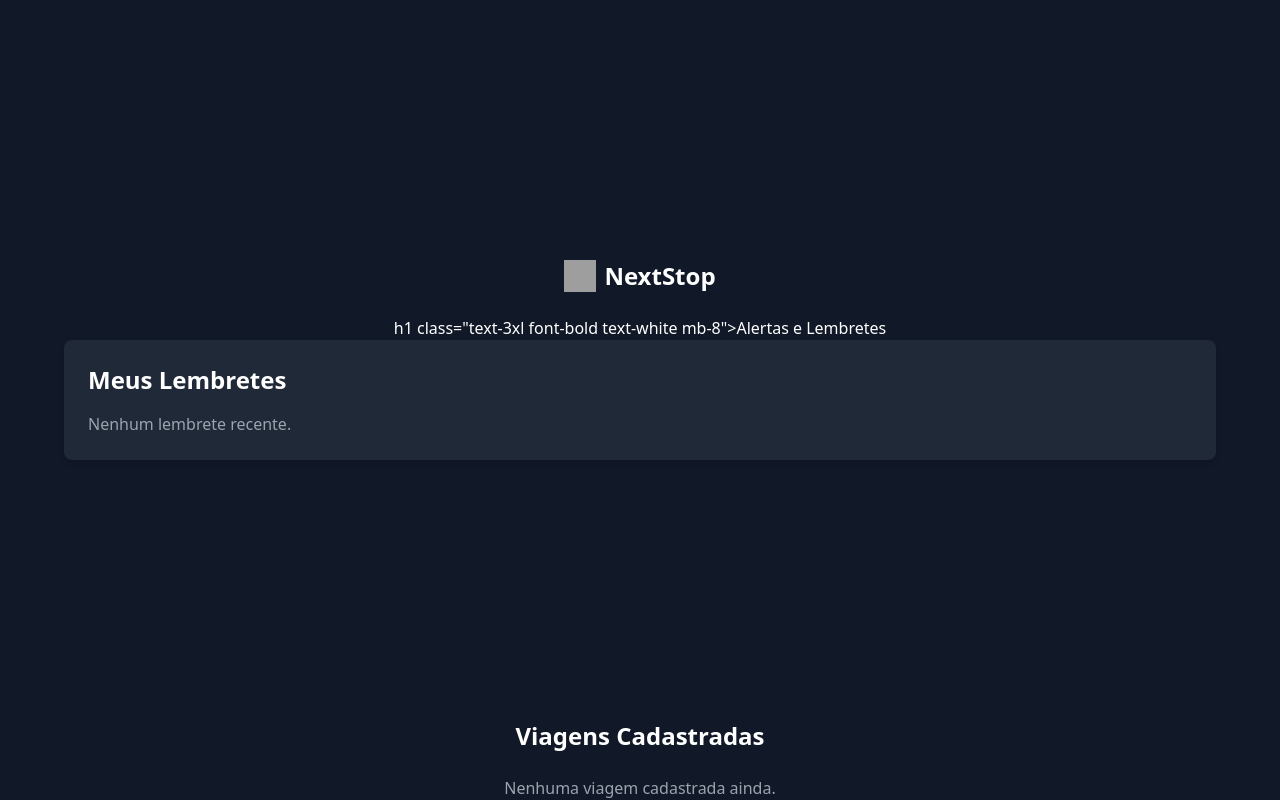
Repository: PedroFerraz87/NextStop
Page: Interface/templates/Interface/gerenciar.html
The author's editor kept a copy of each file at every save. The page is drawn from the files as they stood at one save, then again after the next save.
The browser window is 1280 px wide. The pictures show the whole page.
Pictures or frames that could not be fetched are drawn as grey boxes. Some web libraries are served in a nearby version. The template is drawn by Django 5.2. The application's start-up code is not run. Other server files are loaded and not shown. The template is opened directly, without the code that normally fills it, so the values that code supplies are empty.

Above is the page before, as saved 2025-04-27 17:46:06.

### Interface/templates/Interface/gerenciar.html
<!DOCTYPE html>
<html lang="pt-BR">
<head>
  <meta charset="UTF-8">
  <meta name="viewport" content="width=device-width, initial-scale=1.0">
  <title>Viagens Cadastradas - NextStop</title>
  <script src="https://cdn.tailwindcss.com"></script>
</head>
<body class="bg-gray-900 text-white">

  <div id="mensagem" class="fixed top-4 left-1/2 transform -translate-x-1/2 bg-green-600 text-white px-4 py-2 rounded-lg shadow-lg z-50 opacity-0 transition-opacity duration-300"></div>

  <section class="flex flex-col items-center justify-center min-h-screen px-6 py-8">

    <a href="{% url 'home' %}" class="flex items-center mb-6 text-2xl font-semibold text-white">
      <img class="w-8 h-8 mr-2" src="https://media.istockphoto.com/id/1414160809/pt/vetorial/airplane-icon-plane-flight-pictogram-transport-symbol-travel.jpg?s=612x612&w=0&k=20&c=YFAp5pnsR_fHynqYZ8d7nWjLDUtps7vaITIfYJBkmKY=" alt="logo" />
      NextStop
    </a>
h1 class="text-3xl font-bold text-white mb-8">Alertas e Lembretes</h1>

    <div class="w-full max-w-6xl bg-gray-800 rounded-lg shadow-md p-6">
      <h2 class="text-2xl font-bold text-white mb-4">Meus Lembretes</h2>
      <ul class="list-none space-y-4">
        {% for lembrete in lembretes %}
          <li class="bg-gray-700 p-4 rounded-lg shadow-md">
            <h3 class="text-xl font-semibold text-white">{{ lembrete.titulo }}</h3>
            <p class="text-gray-300"><span class="font-bold">Data:</span> {{ lembrete.data }}</p>
            <p class="text-gray-300"><span class="font-bold">Descrição:</span> {{ lembrete.descricao }}</p>
          </li>
        {% empty %}
          <li class="text-gray-400">Nenhum lembrete recente.</li>
        {% endfor %}
      </ul>
    </div>

  </section>
    <h3 class="text-2xl font-bold text-white-400 text-center mb-6">Viagens Cadastradas</h3>

    {% if viagens %}
      <div class="overflow-x-auto">
        <table class="min-w-full border border-gray-600 rounded-lg overflow-hidden">
          <thead class="bg-blue-600 text-white">
            <tr>
              <th class="px-4 py-3 text-left">Destino</th>
              <th class="px-4 py-3 text-left">Data de Ida</th>
              <th class="px-4 py-3 text-left">Data de Volta</th>
              <th class="px-4 py-3 text-left">Horário</th>
              <th class="px-4 py-3 text-left">Lugar</th>
              <th class="px-4 py-3 text-center">Ações</th>
            </tr>
          </thead>
          <tbody class="bg-gray-700 divide-y divide-gray-600">
            {% for viagem in viagens %}
              <tr>
                <td class="px-4 py-3">{{ viagem.destino }}</td>
                <td class="px-4 py-3">{{ viagem.data_ida }}</td>
                <td class="px-4 py-3">{{ viagem.data_volta }}</td>
                <td class="px-4 py-3">{{ viagem.horario }}</td>
                <td class="px-4 py-3">{{ viagem.lugar }}</td>
                <td class="px-4 py-3 text-center">
                  <form action="{% url 'deletar_viagem' viagem.id %}" method="POST" class="inline-block">
                    {% csrf_token %}
                    <button type="submit" class="text-red-400 hover:underline mr-2">Deletar</button>
                  </form>
                  <a href="{% url 'editar_viagem' viagem.id %}" class="text-blue-400 hover:underline">Editar</a>
                </td>
              </tr>
            {% endfor %}
          </tbody>
        </table>
      </div>
    {% else %}
      <p class="text-center text-gray-400">Nenhuma viagem cadastrada ainda.</p>
    {% endif %}

  </div>
</body>
</html>

After the next save:
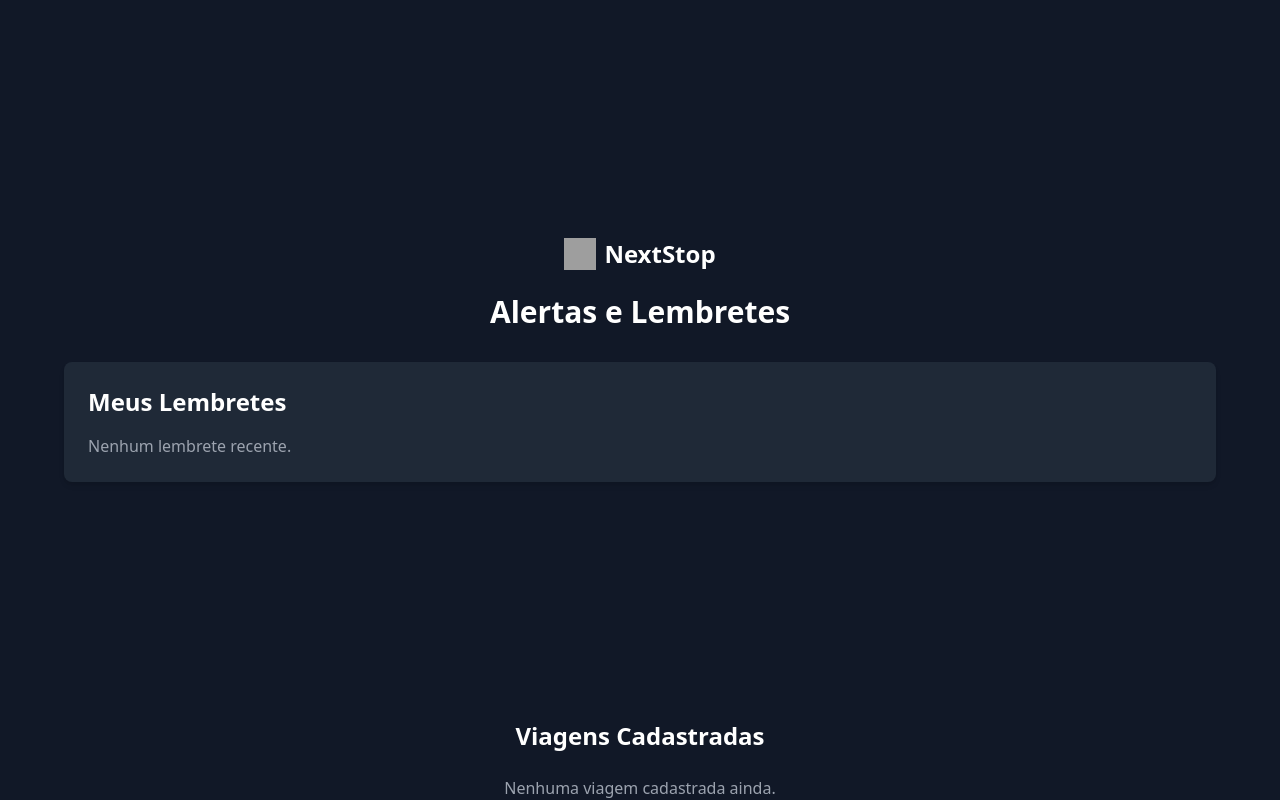
Saved 6 s later.
--- a/Interface/templates/Interface/gerenciar.html
+++ b/Interface/templates/Interface/gerenciar.html
@@ -16,7 +16,7 @@
       <img class="w-8 h-8 mr-2" src="https://media.istockphoto.com/id/1414160809/pt/vetorial/airplane-icon-plane-flight-pictogram-transport-symbol-travel.jpg?s=612x612&w=0&k=20&c=YFAp5pnsR_fHynqYZ8d7nWjLDUtps7vaITIfYJBkmKY=" alt="logo" />
       NextStop
     </a>
-h1 class="text-3xl font-bold text-white mb-8">Alertas e Lembretes</h1>
+<h1 class="text-3xl font-bold text-white mb-8">Alertas e Lembretes</h1>
 
     <div class="w-full max-w-6xl bg-gray-800 rounded-lg shadow-md p-6">
       <h2 class="text-2xl font-bold text-white mb-4">Meus Lembretes</h2>
